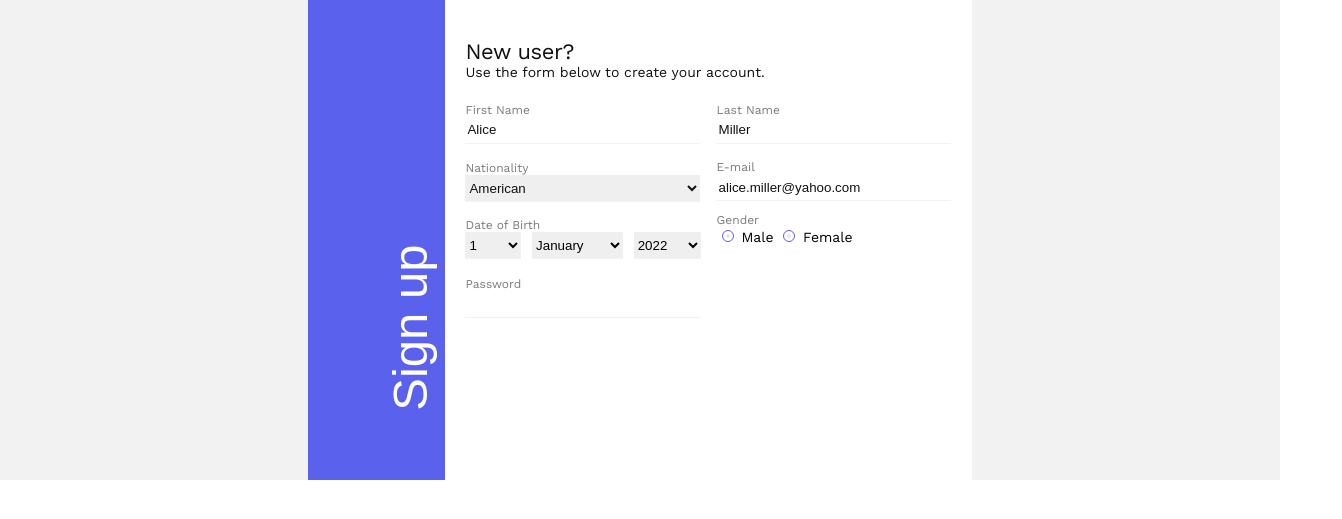
Repository: MorgunovaAlexandra/forma
Page: index.html
An editor plug-in stored every save of this project. The page is shown before and after a run of saves, followed by the edit.
The browser window is 1280 px wide. The page is 1342 px wide, so the pictures cover 1342 px, including what lies to the right of the window. The pictures show the whole page.
Some web fonts or font styles are not loaded; a fallback is used.

Above is the page before, as saved 2022-07-18 17:14:19.

### index.html
<!DOCTYPE html>
<html lang="en">
<head>
    <meta charset="UTF-8">
    <meta http-equiv="X-UA-Compatible" content="IE=edge">
    <meta name="viewport" content="width=device-width, initial-scale=1.0">
    <link href="https://fonts.googleapis.com/icon?family=Material+Icons"
      rel="stylesheet">
    <link rel="stylesheet" href="./style.css"></link>
    <title>Document</title>
</head>
<body>
    <div class="wrapper">
       <Sidebar class="sidebar">
        <div class="sidebar__title">Sign up</div>
       </Sidebar>
        <div class="main">
            <div class="main__header">New user?</div>
            <div class="main__text">Use the form below to create your account.</div>
            <div class="form">
            <div class="ride__side">
                <form>

                    <label class="text-field__label" for="name">First Name</label>
                    <input class="text-field__input" type="text" placeholder="Alice" id="name">
                    <label class="text-field__label nation" for="nationality">Nationality</label>
                    <select  class="text-field__input"name="user_profile_color_1" id="nationality">
                        <option value="1">American</option>
                        <option value="2">Belarus</option>
                        <option value="3">Russia</option>
                        <option value="4">German</option>
                      </select>
                      <div class="fallbackDatePicker">
                        <span>
                          <label  class="text-field__label birdth" for="day">Date of Birth</label>
                          <select class="field__day" id="day" name="day">
                          </select>
                        </span>
                        <span>

                          <select  class="field__mounth" id="day" name="month">
                            <option selected>January</option>
                            <option>February</option>
                            <option>March</option>
                            <option>April</option>
                            <option>May</option>
                            <option>June</option>
                            <option>July</option>
                            <option>August</option>
                            <option>September</option>
                            <option>October</option>
                            <option>November</option>
                            <option>December</option>
                          </select>
                        </span>
                        <span>
                          <select  class="year" id="day" name="year">
                          </select>
                        </span>

                      </div>
                      <label class="text-field__label pass" for="password">Password</label>
                      <input class="text-field__input" type="password" id="password">
            </div>
            <div class="left__side">
                <label class="text-field__label" for="name">Last Name</label>
                <input class="text-field__input" type="text" placeholder="Miller" id="name">
                <div class="emailInput">
                    <label class="text-field__label label-email" for="email">E-mail</label>
                    <input class="input__email" type="email" id='email'name="email" required placeholder="alice.miller@yahoo.com">
                    <img  class="img__done" src="./svg/Shape.svg">
                </div>
                <div class="radioInput">
                   <div class="text-field__label ">Gender</div>
                        <input type="radio" name="radio" id="radio1" />
                        <label for="radio1">Male</label>

                        <input type="radio" name="radio" id="radio2" />
                        <label for="radio2">Female</label>


                </div>


            </div>

            </form>
        </div>
        </div>
    </div>
    <script src="https://code.jquery.com/jquery-3.4.1.slim.min.js"></script>
    <script src="./emaiValidater.js"></script>
    <script src="./script.js"></script>
</body>
</html>

### style.css
@import url('https://fonts.googleapis.com/css2?family=PT+Sans&display=swap');
@import url('https://fonts.googleapis.com/css2?family=Work+Sans:wght@200;300;400&display=swap');
*,
*::before,
*::after {
  box-sizing: border-box;
}

/* Убираем внутренние отступы */
ul[class],
ol[class] {
  padding: 0;
}

/* Убираем внешние отступы */
body,
h1,
h2,
h3,
h4,
p,
ul[class],
ol[class],
li,
figure,
figcaption,
blockquote,
dl,
dd {
  margin: 0;
}
body{
  font-family: 'Work Sans', sans-serif;
  font-size: 14px;
}
.wrapper{
  display: flex;
  background-color: #F2F2F2;
  justify-content: center;
}
.sidebar{
    width: 137.2px;
    height: 480px;
    background-color: #5A61ED;
    display: block;
    position: relative;
}
.sidebar__title{
  -webkit-transform: rotate(-90deg);
  -moz-transform: rotate(-90deg);
  -o-transform: rotate(-90deg);
  -ms-transform: rotate(-90deg);
  transform: rotate(-90deg);
  position: absolute;
  top:296.02px;
  left: 20.5px;
  font-size: 49px;
  font-weight: 400;
  line-height: 63.41px;
  color:
  #FFFFFF;
  font-family: 'PT Sans', sans-serif;
  white-space:nowrap;
  }
  .main{
    width: 527.8px;
    height:480px;
    background-color: white;
  }


  /*main*/
  .main{

    padding-top: 38.52px;
    padding-left: 20.8px;
  }
  .form{
    display: flex;

  }
  .main__header{
    font-size: 22px;
    line-height: 25.78px;
    letter-spacing: -0.46px;
    color: #111111;
  }
  .main__text{
    line-height: 16.41px;
    color: #111111;
    margin-bottom: 20px;
  }
  .text-field__input{
    display: block;
    width: 234.5px;
    border-top: 0px;
    border-left: 0px;
    border-right: 0px;
    border-bottom: 0.7px solid #F2F2F2;
    height: 27.2px;
    padding-top: 4.9px;
    padding-bottom: 6.3px;
    color: #111111;
  }
input::placeholder {
  color: #111111 !important;
}
.text-field__label{
  color:#7C7C7C;
  font-size: 12px;
  line-height: 14.06px;
}
.nation{
  display: block;
  margin-top: 16.8px;
}
.field__day{
  width: 56px;
  padding-left: 0;
  height: 26.9px;
  border-top: 0px;
    border-left: 0px;
    border-right: 0px;
    border-bottom: 0.7px solid #F2F2F2;
}
.field__mounth{
  margin-left: 5.8px;
  width: 91px;
  height: 26.9px;
  border-top: 0px;
    border-left: 0px;
    border-right: 0px;
    border-bottom: 0.7px solid #F2F2F2;
}
.year{
  margin-left: 5.8px;
  width: 67.67px;
  height: 26.9px;
  border-top: 0px;
    border-left: 0px;
    border-right: 0px;
    border-bottom: 0.7px solid #F2F2F2;
}
.birdth{
  display: block;
  margin-top: 16.3px;
}


/*-----password---*/
.pass{
  display: block;
  margin-top: 17.4px;
}

/*-------------left-side------------*/
.left__side{
margin-left: 15.3px;
}

.label-email{
  display: block;
  margin-top: 16.37px;
}
.input__email{
  height: 26.92px;
  width: 234.5px;
  border-top: 0px;
    border-left: 0px;
    border-right: 0px;
    border-bottom: 0.7px solid #F2F2F2;
    position: absolute;
    background-color: white;
}
.emailInput{
  position: relative;
}
.img__done{
  position: absolute ;
  left: 225px;
  opacity: 0;
}

.radioInput{
  display: block;
  position: relative;
  top:39px
}
.title__radio{
  margin-bottom: 5.3px;

}
/*----input type=radio=======*/
input[type="radio"] {
  /* remove standard background appearance */
  -webkit-appearance: none;
  -moz-appearance: none;
  appearance: none;
  /* create custom radiobutton appearance */
  display: inline-block;
  width: 12px;
  height: 12px;
  padding: 3px;
  /* background-color only for content */
  background-clip: content-box;
  border: 0.7px solid #5A61ED;
  background-color: #e7e6e7;
  border-radius: 50%;
}

/* appearance for checked radiobutton */
input[type="radio"]:checked {
  background-color:
  #5A61ED;
}

/* optional styles, I'm using this for centering radiobuttons */
.flex {
  display: flex;
  align-items: center;
}

### emaiValidater.js
$(document).ready(function(){
    $('.emailInput').each(function(index,emailInput){
      let inputElement=$(emailInput).find('input');
      $(inputElement).on('focus',function(){
        $(this).removeClass("blurred")
      }).on('blur',function(){
        $(this).addClass("blurred")
      })
    })
})

### script.js
const year=document.querySelector('.year')
const day=document.querySelector('#day')
const email=document.querySelector('#email')
const imgVector=document.querySelector('.img__done')
let options

for(let i=1;i<32;i++){
 options=document.createElement('option')
 day.appendChild(options);
 options.innerHTML=`${i}`
}
for(let i=2022;i>1960;i--){
    options=document.createElement('option')
    year.appendChild(options);
    options.innerHTML=`${i}`
}
document.addEventListener('click',()=>{
    if(email.matches(':valid')){
        imgVector.style.opacity=1
        email.style.backgroundColor='white'
        email.style.color='#111111';
        email.style.borderBottomColor='#F2F2F2';
    }
    else{
        email.style.borderBottomColor='red';
        email.style.color='red';
    }
})

After the next 2 saves:
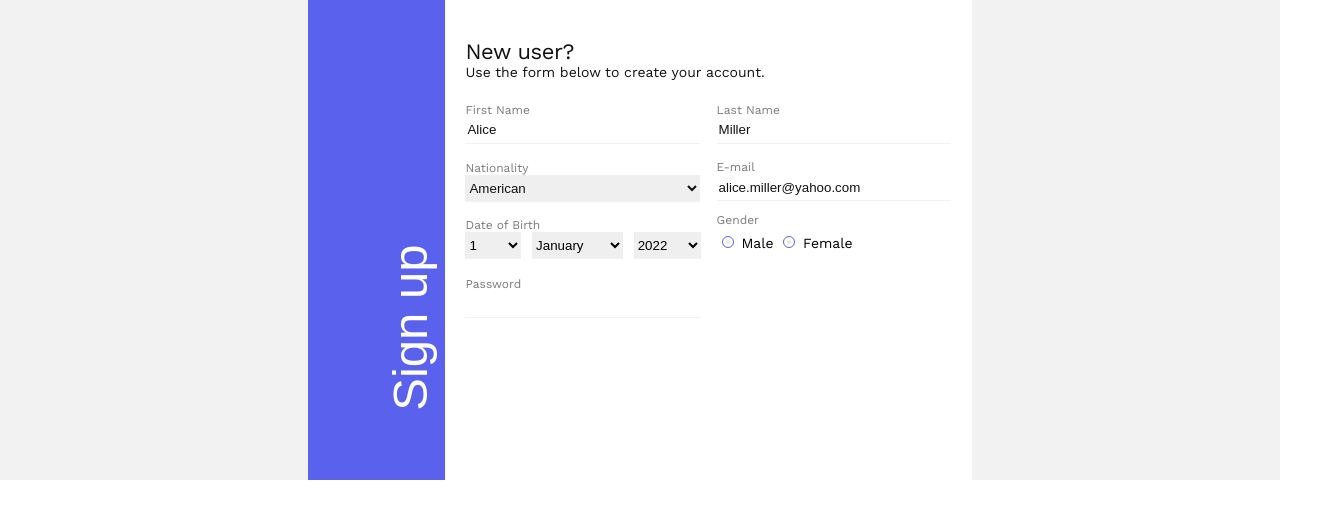
The 2 saves are shown as one change because they came seconds apart.
The last was saved 15 s later.
--- a/index.html
+++ b/index.html
@@ -71,7 +71,7 @@
                     <img  class="img__done" src="./svg/Shape.svg">
                 </div>
                 <div class="radioInput">
-                   <div class="text-field__label ">Gender</div>
+                   <div class="text-field__label title__radio">Gender</div>
                         <input type="radio" name="radio" id="radio1" />
                         <label for="radio1">Male</label>
 
